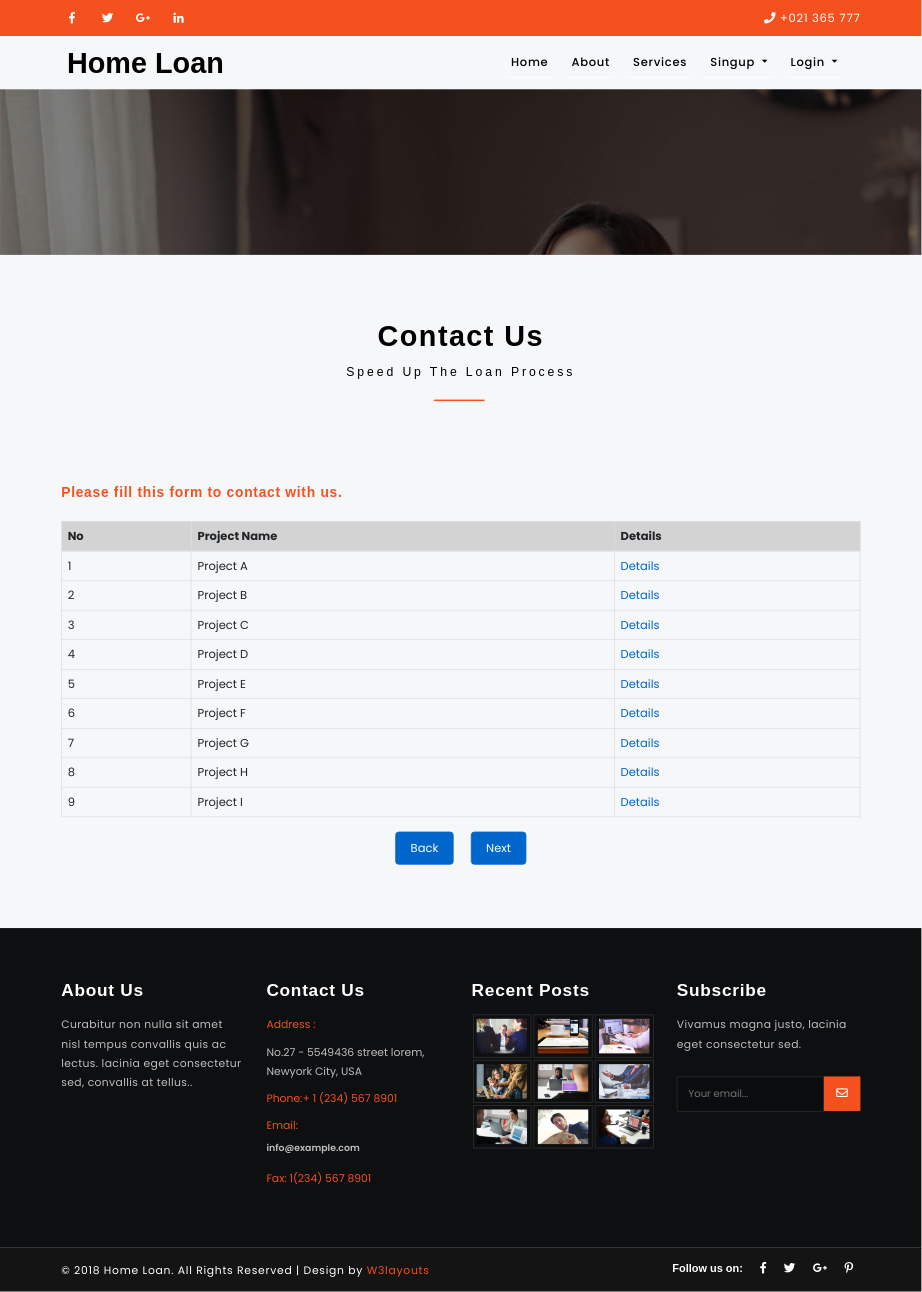
Repository: 72-faisal/Spring-MVC-project
Page: http://localhost/HomeLoan/WEB-INF/views/ApprovedProjectList.jsp
These files come from the project's save history. The page is drawn as it stood at one moment and after the next save; the edit follows.
The browser window is 1280 px wide. The pictures show the whole page, at 72% of full size.
Some web fonts or font styles are not loaded; a fallback is used. The page is served by Tomcat 9. Nobody is signed in. Other server files are loaded and not shown. The template is opened directly, without the code that normally fills it, so the values that code supplies are empty.

Above is the page before, as saved 2024-01-15 05:48:42.

### HomeLoan/src/main/webapp/WEB-INF/views/ApprovedProjectList.jsp
<%@ page language="java" contentType="text/html; charset=ISO-8859-1"
	pageEncoding="ISO-8859-1"%>

<!--
Author: W3layouts
Author URL: http://w3layouts.com
License: Creative Commons Attribution 3.0 Unported
License URL: http://creativecommons.org/licenses/by/3.0/
-->
<!DOCTYPE HTML>
<html lang="zxx">

<head>
<title>Home Loan a Banking Category Flat Bootstrap Responsive
	Website Template | Contact :: w3layouts</title>
<meta name="viewport" content="width=device-width, initial-scale=1">
<meta charset="utf-8">
<meta name="keywords"
	content="Home Loan Responsive web template, Bootstrap Web Templates, Flat Web Templates, Android Compatible web template,
SmartPhone Compatible web template, free WebDesigns for Nokia, Samsung, LG, SonyEricsson, Motorola web design" />
<script>
	addEventListener("load", function() {
		setTimeout(hideURLbar, 0);
	}, false);

	function hideURLbar() {
		window.scrollTo(0, 1);
	}
</script>

<!-- Bootstrap Core CSS -->
<link href="<%=request.getContextPath()%>/resources/css/bootstrap.css"
	rel='stylesheet' type='text/css' />
<link href="<%=request.getContextPath()%>/resources/css/style.css"
	rel='stylesheet' type='text/css' />
<!-- font-awesome icons -->
<link
	href="<%=request.getContextPath()%>/resources/css/fontawesome-all.min.css"
	rel="stylesheet">
<!-- //Custom Theme files -->
<!-- online fonts -->
<!-- titles -->
<link
	href="//fonts.googleapis.com/css?family=Raleway:300,400,500,600,700,800,900"
	rel="stylesheet">
<!-- body -->
<link
	href="//fonts.googleapis.com/css?family=Poppins:400,500,600,700,800"
	rel="stylesheet">


<style type="text/css">
table {
	width: 100%; /* Adjust the width as needed (e.g., 70% to 80%) */
	border-collapse: collapse;
	margin-top: 20px;
}

th, td {
	border: 1px solid #dddddd;
	text-align: left;
	padding: 8px;
}

th {
	background-color: #d3d3d3;
	/* Slightly darker color for the table header */
}

tbody {
	text-align: center; /* Center the content of the tbody */
}

a {
	color: #0066cc;
	text-decoration: none;
}

a:hover {
	text-decoration: underline;
}

.button-container {
	margin-top: 20px;
	text-align: center;
}

.button {
	display: inline-block;
	padding: 10px 20px;
	margin: 0 10px;
	text-decoration: none;
	background-color: #0066cc;
	color: #fff;
	border: 1px solid #0066cc;
	border-radius: 5px;
	cursor: pointer;
}

.button:hover {
	background-color: #004080;
	border-color: #004080;
}

/* Align buttons */
.button-left {
	text-align: left;
}

.button-right {
	text-align: right;
}
</style>
</head>


<body>

	<!-- header -->
	<header>
		<div class="top">
			<div class="container">
				<div class="t-op row">
					<div class="col-sm-6 top-middle">
						<ul>
							<li><a href="#"><i class="fab fa-facebook-f"></i></a></li>
							<li><a href="#"><i class="fab fa-twitter"></i></a></li>
							<li><a href="#"><i class="fab fa-google-plus-g"></i></a></li>
							<li><a href="#"><i class="fab fa-linkedin-in"></i></a></li>
						</ul>
					</div>
					<div class="col-sm-6 top-left">
						<ul>
							<li><i class="fas fa-phone"></i> +021 365 777</li>
						</ul>
					</div>
				</div>
			</div>
		</div>
		<div class="container">
			<nav class="navbar navbar-expand-lg navbar-light">
				<h1>
					<a class="navbar-brand text-capitalize" href=index> Home Loan </a>
				</h1>
				<button class="navbar-toggler" type="button" data-toggle="collapse"
					data-target="#navbarSupportedContent"
					aria-controls="navbarSupportedContent" aria-expanded="false"
					aria-label="Toggle navigation">
					<span class="navbar-toggler-icon"></span>
				</button>

				<div class="collapse navbar-collapse" id="navbarSupportedContent">
					<ul class="navbar-nav text-center  ml-lg-auto">
						<li class="nav-item mr-3"><a class="nav-link" href=index>Home
								<span class="sr-only">(current)</span>
						</a></li>
						<li class="nav-item  mr-3"><a class="nav-link" href="about">About</a>
						</li>
						<li class="nav-item  mr-3"><a class="nav-link"
							href="services">Services</a></li>
						<li class="nav-item dropdown mr-3"><a
							class="nav-link dropdown-toggle" href="#" id="navbarDropdown"
							role="button" data-toggle="dropdown" aria-haspopup="true"
							aria-expanded="false"> Singup </a>
							<div class="dropdown-menu" aria-labelledby="navbarDropdown">
								<a class="dropdown-item" href="UserRegister">Register</a>
								<!-- <a class="dropdown-item" href="gallery">Gallery</a> -->
							</div></li>
						<li class="nav-item dropdown mr-3"><a
							class="nav-link dropdown-toggle" href="#" id="navbarDropdown"
							role="button" data-toggle="dropdown" aria-haspopup="true"
							aria-expanded="false"> Login </a>
							<div class="dropdown-menu" aria-labelledby="navbarDropdown">
								<a class="dropdown-item" href="UserLogin">Login</a>
								<!-- <a class="dropdown-item" href="gallery">Gallery</a> -->
							</div></li>
						<!-- 	<li class="nav-item active"><a class="nav-link"
							href="contact">contact</a></li> -->
					</ul>
				</div>
			</nav>
		</div>
	</header>
	<!-- //header -->
	<!-- banner -->
	<section class="banner-1"></section>
	<!-- //banner -->
	<!--/contact-->
	<section class="contact py-5">
		<div class="container py-md-4 mt-md-3">
			<h2 class="heading-agileinfo">
				Contact Us<span>Speed Up The Loan Process</span>
			</h2>
			<span class="w3-line black"></span>
			<div class="inner-sec-w3layouts-agileinfo mt-md-5 pt-5">

				<div class="contact_grid_right mt-5">
					<h6>Please fill this form to contact with us.</h6>
					<form action="UploadDocuments" method="post"
						enctype="multipart/form-data">

						<table>
							<thead>
								<tr>
									<th>No</th>
									<th>Project Name</th>
									<th>Details</th>
								</tr>
							</thead>
							<tbody>
								<tr>
									<td>1</td>
									<td>Project A</td>
									<td><a href="project1">Details</a></td>
								</tr>
								<tr>
									<td>2</td>
									<td>Project B</td>
									<td><a href="project2">Details</a></td>
								</tr>
								<tr>
									<td>3</td>
									<td>Project C</td>
									<td><a href="project3">Details</a></td>
								</tr>
								<tr>
									<td>4</td>
									<td>Project D</td>
									<td><a href="project4">Details</a></td>
								</tr>
								<tr>
									<td>5</td>
									<td>Project E</td>
									<td><a href="project5">Details</a></td>
								</tr>
								<tr>
									<td>6</td>
									<td>Project F</td>
									<td><a href="project6">Details</a></td>
								</tr>
								<tr>
									<td>7</td>
									<td>Project G</td>
									<td><a href="http://example.com/projectD/details">Details</a></td>
								</tr>

								<tr>
									<td>8</td>
									<td>Project H</td>
									<td><a href="http://example.com/projectD/details">Details</a></td>
								</tr>
								<tr>
									<td>9</td>
									<td>Project I</td>
									<td><a href="http://example.com/projectD/details">Details</a></td>
								</tr>

							</tbody>

						</table>
						<div class="button-container">
								<a href="LoanApprovedProject" class="button button-left">Back</a>
								<a href="next-page.html" class="button button-right">Next</a>
							</div>
					</form>
				</div>
			</div>
		</div>
	</section>
	<!--//contact-->
	<!--footer-->
	<footer>
		<div class="container py-md-4 mt-md-3">
			<div class="row footer-top-w3layouts-agile py-5">
				<div class="col-lg-3 col-md-6 col-sm-6 footer-grid">
					<div class="footer-title">
						<h3>About Us</h3>
					</div>
					<div class="footer-text">
						<p>Curabitur non nulla sit amet nisl tempus convallis quis ac
							lectus. lacinia eget consectetur sed, convallis at tellus..</p>

					</div>
				</div>
				<div class="col-lg-3 col-md-6 col-sm-6 footer-grid">
					<div class="footer-title">
						<h3>Contact Us</h3>
					</div>
					<div class="footer-office-hour">
						<ul>
							<li class="hd">Address :</li>
							<li>No.27 - 5549436 street lorem, Newyork City, USA</li>

						</ul>
						<ul>
							<li class="hd">Phone:+ 1 (234) 567 8901</li>
							<li class="hd">Email: <a href="mailto:info@example.com">info@example.com</a>
							</li>
							<li class="hd">Fax: 1(234) 567 8901</li>
						</ul>
					</div>
				</div>
				<div class="col-lg-3 col-md-6 col-sm-6 footer-grid">
					<div class="footer-title">
						<h3>Recent Posts</h3>
					</div>
					<div class="footer-list">
						<div class="flickr-grid">
							<a href="#" data-toggle="modal" data-target="#myModal"> <img
								src="<%=request.getContextPath()%>/resources/images/g1.jpg"
								class="img-fluid" alt=" ">
							</a>
						</div>
						<div class="flickr-grid">
							<a href="#" data-toggle="modal" data-target="#myModal"> <img
								src="<%=request.getContextPath()%>/resources/images/g2.jpg"
								class="img-fluid" alt=" ">
							</a>
						</div>
						<div class="flickr-grid">
							<a href="#" data-toggle="modal" data-target="#myModal"> <img
								src="<%=request.getContextPath()%>/resources/images/g3.jpg"
								class="img-fluid" alt=" ">
							</a>
						</div>
						<div class="flickr-grid">
							<a href="#" data-toggle="modal" data-target="#myModal"> <img
								src="<%=request.getContextPath()%>/resources/images/g4.jpg"
								class="img-fluid" alt=" ">
							</a>
						</div>
						<div class="flickr-grid">
							<a href="#" data-toggle="modal" data-target="#myModal"> <img
								src="<%=request.getContextPath()%>/resources/images/g5.jpg"
								class="img-fluid" alt=" ">
							</a>
						</div>
						<div class="flickr-grid">
							<a href="#" data-toggle="modal" data-target="#myModal"> <img
								src="<%=request.getContextPath()%>/resources/images/g6.jpg"
								class="img-fluid" alt=" ">
							</a>
						</div>
						<div class="flickr-grid">
							<a href="#" data-toggle="modal" data-target="#myModal"> <img
								src="<%=request.getContextPath()%>/resources/images/g7.jpg"
								class="img-fluid" alt=" ">
							</a>
						</div>
						<div class="flickr-grid">
							<a href="#" data-toggle="modal" data-target="#myModal"> <img
								src="<%=request.getContextPath()%>/resources/images/g9.jpg"
								class="img-fluid" alt=" ">
							</a>
						</div>
						<div class="flickr-grid">
							<a href="#" data-toggle="modal" data-target="#myModal"> <img
								src="<%=request.getContextPath()%>/resources/images/g8.jpg"
								class="img-fluid" alt=" ">
							</a>
						</div>
						<div class="clearfix"></div>
					</div>
				</div>
				<div class="col-lg-3 col-md-6 col-sm-6 footer-grid">
					<div class="footer-title">
						<h3>Subscribe</h3>
					</div>
					<p>Vivamus magna justo, lacinia eget consectetur sed.</p>
					<form action="#" method="post" class="newsletter">
						<input class="email" type="email" placeholder="Your email..."
							required="">
						<button class="btn1">
							<i class="far fa-envelope"></i>
						</button>
					</form>
					<div class="clearfix"></div>
				</div>
			</div>
		</div>
	</footer>
	<!---->
	<div class="copyright py-3">
		<div class="container">
			<div class="copyrighttop">
				<ul>
					<li>
						<h4>Follow us on:</h4>
					</li>
					<li><a class="facebook" href="#"> <i
							class="fab fa-facebook-f"></i>
					</a></li>
					<li><a class="facebook" href="#"> <i
							class="fab fa-twitter"></i>
					</a></li>
					<li><a class="facebook" href="#"> <i
							class="fab fa-google-plus-g"></i>
					</a></li>
					<li><a class="facebook" href="#"> <i
							class="fab fa-pinterest-p"></i>
					</a></li>
				</ul>
			</div>
			<div class="copyrightbottom">
				<p>
					© 2018 Home Loan. All Rights Reserved | Design by <a
						href="http://w3layouts.com/">W3layouts</a>
				</p>
			</div>
			<div class="clearfix"></div>
		</div>
	</div>
	<!-- Modal -->
	<div class="modal fade" id="myModal" tabindex="-1" role="dialog"
		aria-labelledby="exampleModalCenterTitle" aria-hidden="true">
		<div class="modal-dialog modal-dialog-centered" role="document">
			<div class="modal-content">
				<div class="modal-header">
					<h4 class="modal-title">Home Loan</h4>
					<button type="button" class="close" data-dismiss="modal"
						aria-label="Close">
						<span aria-hidden="true">&times;</span>
					</button>
				</div>
				<div class="modal-body">
					<div class="agileits-w3layouts-info">
						<img src="<%=request.getContextPath()%>/resources/images/g6.jpg"
							class="img-fluid" alt="" />
						<p>Duis venenatis, turpis eu bibendum porttitor, sapien quam
							ultricies tellus, ac rhoncus risus odio eget nunc. Pellentesque
							ac fermentum diam. Integer eu facilisis nunc, a iaculis felis.
							Pellentesque pellentesque tempor enim, in dapibus turpis
							porttitor quis.</p>
					</div>
				</div>
				<div class="modal-footer">
					<button type="button" class="btn btn-secondary"
						data-dismiss="modal">Close</button>
					<button type="button" class="btn btn-primary">Save changes</button>
				</div>
			</div>
		</div>
	</div>
	<!-- //Modal -->
	<!-- js-->
	<script
		src="<%=request.getContextPath()%>/resources/js/jquery-2.2.3.min.js"></script>
	<!-- js-->
	<!-- Bootstrap Core JavaScript -->
	<script src="<%=request.getContextPath()%>/resources/js/bootstrap.js ">

	</script>
	<!-- //Bootstrap Core JavaScript -->
</body>
</html>

Loaded but not shown: HomeLoan/src/main/webapp/WEB-INF/resources/assets/css/bootstrap.css (library); HomeLoan/src/main/webapp/WEB-INF/resources/assets/css/fontawesome-all.min.css (library); HomeLoan/src/main/webapp/WEB-INF/resources/assets/js/jquery-2.2.3.min.js (library); HomeLoan/src/main/webapp/WEB-INF/resources/assets/js/bootstrap.js (library); HomeLoan/src/main/webapp/WEB-INF/resources/assets/css/style.css (2094 lines, source omitted)

After the next save:
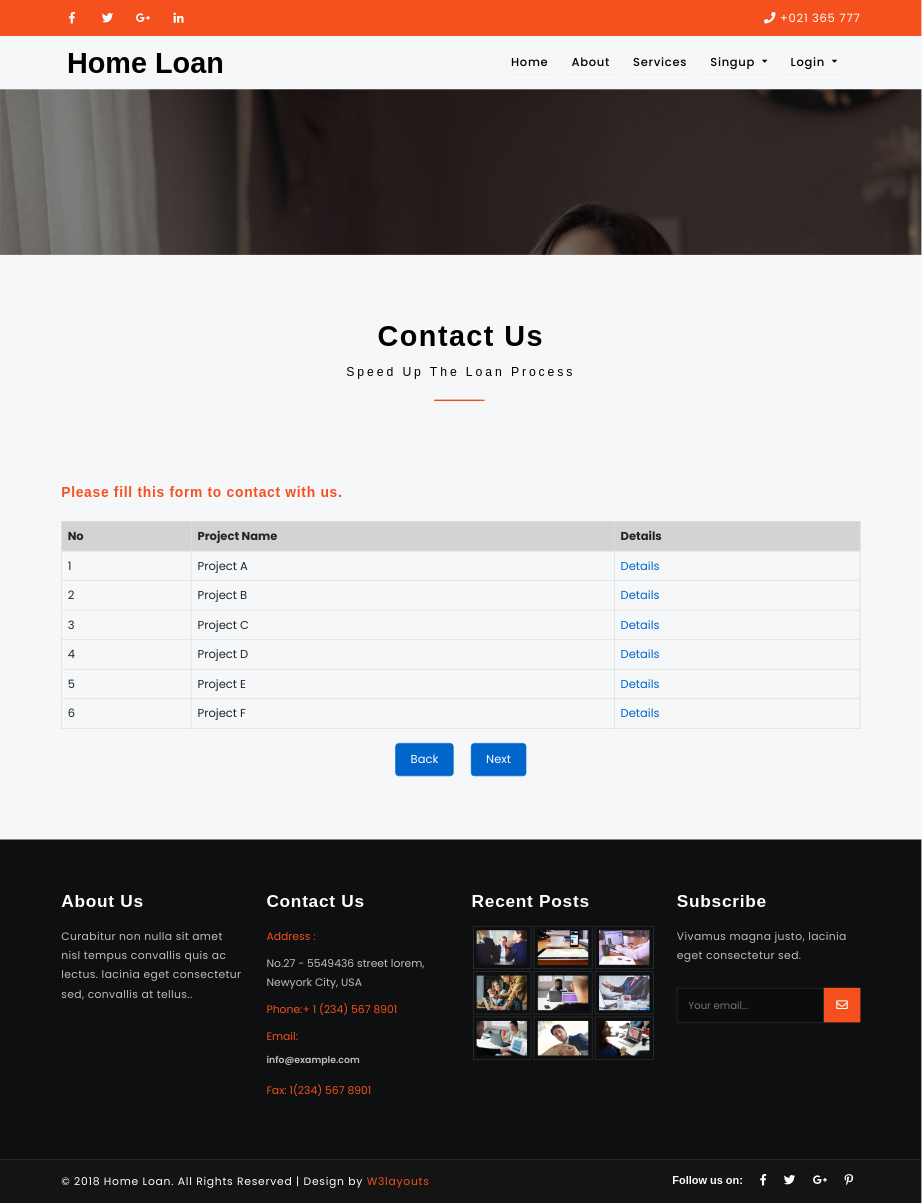
Saved 5 s later.
--- a/HomeLoan/src/main/webapp/WEB-INF/views/ApprovedProjectList.jsp
+++ b/HomeLoan/src/main/webapp/WEB-INF/views/ApprovedProjectList.jsp
@@ -238,22 +238,7 @@ a:hover {
 									<td>Project F</td>
 									<td><a href="project6">Details</a></td>
 								</tr>
-								<tr>
-									<td>7</td>
-									<td>Project G</td>
-									<td><a href="http://example.com/projectD/details">Details</a></td>
-								</tr>
-
-								<tr>
-									<td>8</td>
-									<td>Project H</td>
-									<td><a href="http://example.com/projectD/details">Details</a></td>
-								</tr>
-								<tr>
-									<td>9</td>
-									<td>Project I</td>
-									<td><a href="http://example.com/projectD/details">Details</a></td>
-								</tr>
+
 
 							</tbody>
 
